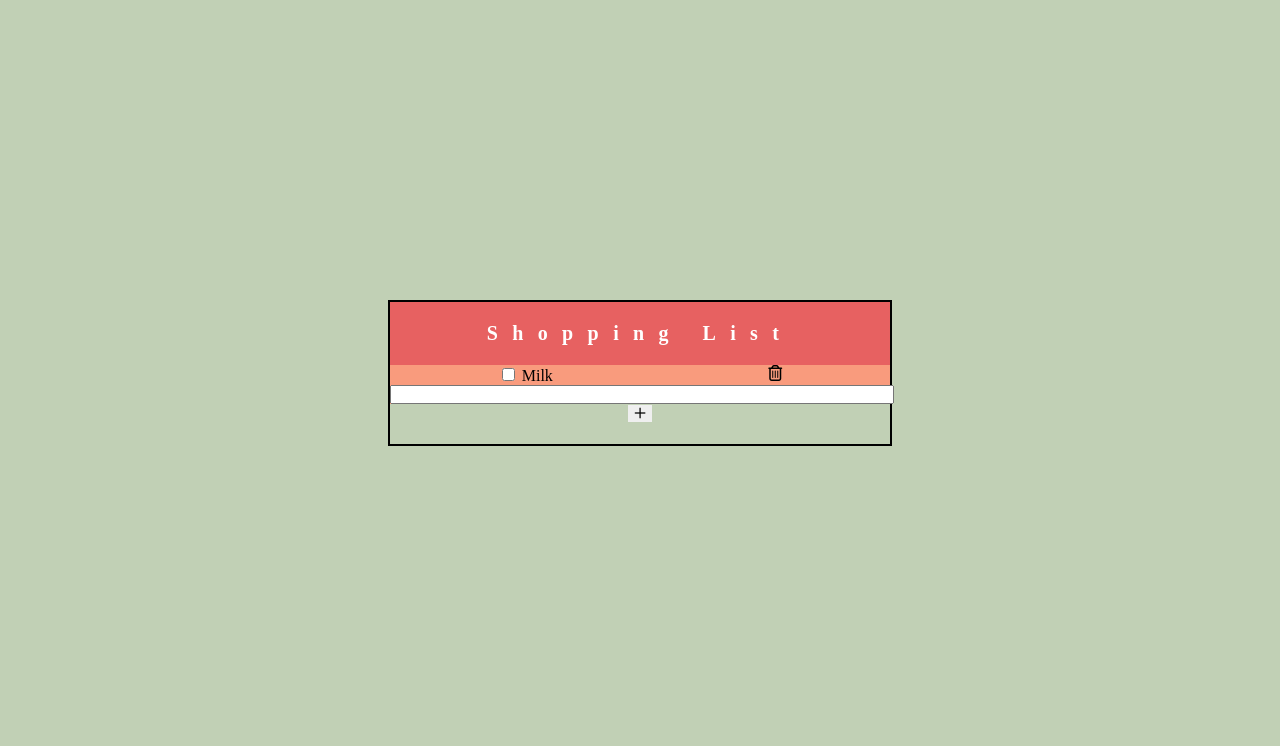
Repository: sephinejo/shopping-list-app
Page: index.html
An editor plug-in stored every save of this project. The page is shown before and after a run of saves, followed by the edit.
The browser window is 1280 px wide. The pictures show the whole page.
Some web fonts or font styles are not loaded; a fallback is used. Some web libraries are served in a nearby version.

Above is the page before, as saved 2023-05-11 22:26:51.

### index.html
<!DOCTYPE html>
<html lang="en">
  <head>
    <meta charset="UTF-8" />
    <meta http-equiv="X-UA-Compatible" content="IE=edge" />
    <meta name="viewport" content="width=device-width, initial-scale=1.0" />
    <title>Shopping List 🛍️🛒</title>
    <link rel="preconnect" href="https://fonts.googleapis.com" />
    <link rel="preconnect" href="https://fonts.gstatic.com" crossorigin />
    <link rel="preconnect" href="https://fonts.googleapis.com" />
    <link rel="preconnect" href="https://fonts.gstatic.com" crossorigin />
    <link rel="preconnect" href="https://fonts.googleapis.com" />
    <link rel="preconnect" href="https://fonts.gstatic.com" crossorigin />
    <link rel="preconnect" href="https://fonts.googleapis.com" />
    <link rel="preconnect" href="https://fonts.gstatic.com" crossorigin />
    <link
      href="https://fonts.googleapis.com/css2?family=Alice&family=Open+Sans:wght@300;400;700;800&family=Raleway:wght@400;600;700;800&family=Roboto+Mono:wght@300;400;500;700&family=Roboto:wght@400;500&family=Ubuntu:wght@400;700&display=swap"
      rel="stylesheet"
    />
    <script
      src="https://kit.fontawesome.com/9ac80604cb.js"
      crossorigin="anonymous"
    ></script>
    <link rel="stylesheet" href="style.css" />
    <script src="main.js" defer></script>
  </head>
  <body>
    <div class="container">
      <header>
        <p class="title">Shopping List</p>
      </header>
      <main>
        <ul class="items">
          <li class="item">
            <div class="item__title">
              <input class="checkbox" type="checkbox" />
              <label for="item__name">Milk</label>
            </div>
            <div class="item__delete">
              <i class="fa-regular fa-trash-can"></i>
            </div>
          </li>
        </ul>
        <input class="input" type="text" />
      </main>
      <footer>
        <button class="add">
          <i class="fa-regular fa-plus"></i>
        </button>
      </footer>
    </div>
  </body>
</html>

### style.css
body {
  margin: 0 auto;
  background-color: #c1d0b5;
}

.container {
  margin: 300px auto;
  width: 500px;
  border: 2px solid black;
  display: flex;
  flex-direction: column;
  align-items: center;
}

header {
  width: 100%;
  text-align: center;
  font-family: 'Alice';
  color: white;
  letter-spacing: 0.9rem;
  font-weight: 700;
  font-size: 20px;
  background-color: #e76161;
}

main {
  background-color: #f99b7d;
  width: 100%;
}

ul {
  margin: 0;
  padding: 0;
}

li {
  list-style: none;
  display: flex;
  justify-content: space-around;
}

.input {
  width: 100%;
  padding: 0;
}

footer {
  height: 40px;
}

button {
  border-style: none;
  w
  border-radius: 10px;
}

Loaded but not shown: main.js (no copy from this time; the picture is the same without it)

After the next 3 saves:
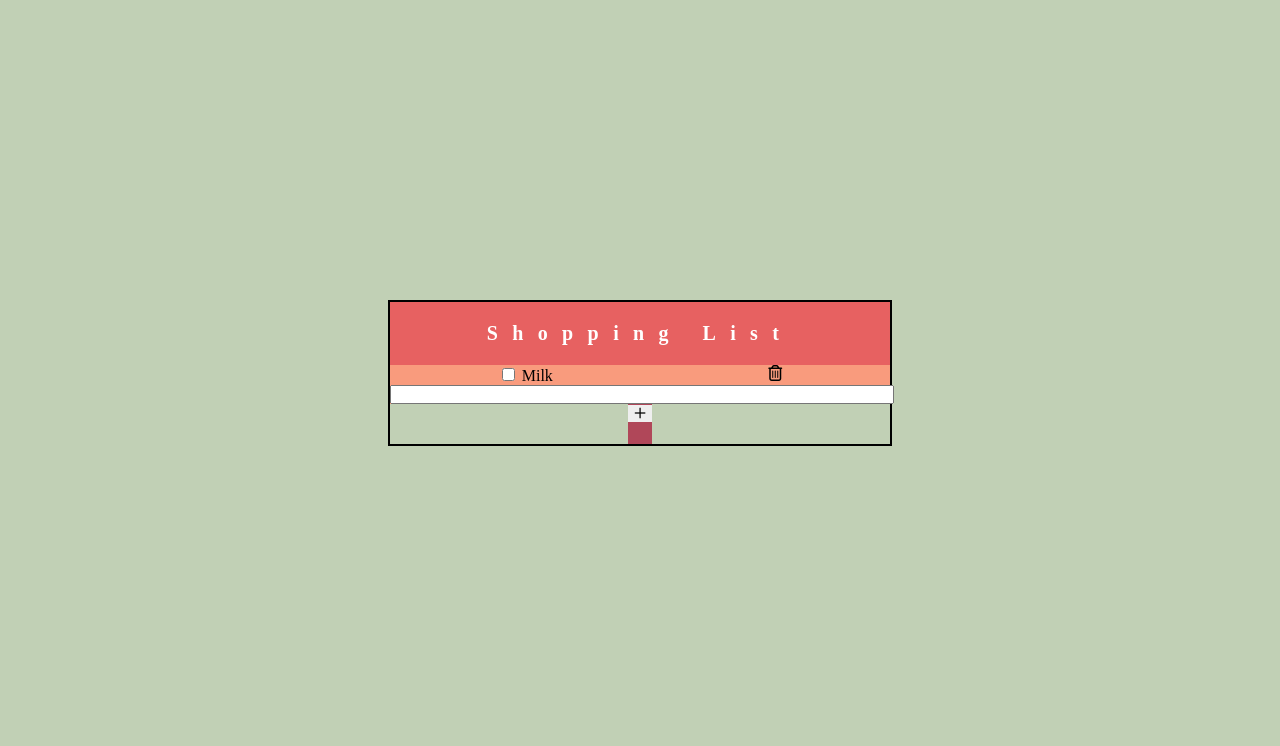
The 3 saves are shown as one change because they came seconds apart.
The last was saved 14 s later.
--- a/style.css
+++ b/style.css
@@ -46,6 +46,7 @@ li {
 
 footer {
   height: 40px;
+  background-color: #B04759;
 }
 
 button {
